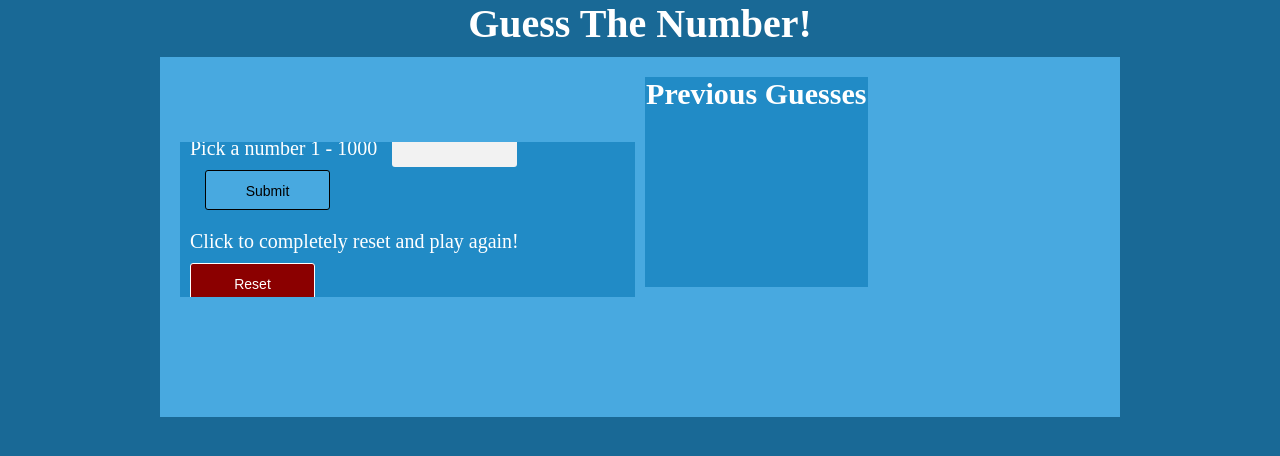
Repository: mlmEFSC21/P14-Guessing-Game
Page: guess.html
An editor plug-in stored every save of this project. The page is shown before and after the next save, followed by the edit.
The browser window is 1280 px wide. The pictures show the whole page.

Above is the page before, as saved 2022-03-19 14:21:32.

### guess.html
<!DOCTYPE html>
<html lang="en">
    <head>
        <meta charset="UTF-8" />
        <meta http-equiv="X-UA-Compatible" content="IE=edge" />
        <meta name="viewport" content="width=device-width, initial-scale=1.0" />
        <link rel="stylesheet" href="guess.css" />
        <script src="guess.js" defer></script>
        <title>Guessing Game</title>
    </head>
    <body>
        <header>
            <h1 class="pageTitle">Guess The Number!</h1>
        </header>
        <section>
            <div class="gameContainer" id="container">
                <div class="results" id="results">
                    <form action="#" class="inputForm">
                        <label for="guessInput">Pick a number 1 - 1000</label>
                        <input
                            type="text"
                            required
                            name="guessInput"
                            class="guessInput"
                            id="guessInput"
                        />
                        <button type="submit" class="submitBtn" id="submitBtn">Submit</button>
                        <label for="resetBtn">Click to completely reset and play again!</label>
                        <button type="reset" class="resetBtn" id="resetBtn" name="Reset">
                            Reset
                        </button>
                    </form>
                </div>
                <div class="guessesContainer" id="guessesContainer">
                    <h2>Previous Guesses</h2>
                    <ul class="guesses" id="guessList"></ul>
                </div>
            </div>
        </section>
    </body>
</html>

### guess.css
:root {
    --clr-primary: #218bc6;
    --clr-secondary: #48a9e0;
    --clr-tertiary: #196996;
}

*,
*::after,
*::before {
    box-sizing: border-box;
    margin: 0;
    padding: 0;
}
body {
    background-color: var(--clr-tertiary);
    color: white;
    font-size: 1.25rem;
}
.pageTitle {
    text-align: center;
}
.gameContainer {
    background-color: var(--clr-secondary);
    display: grid;
    max-width: 960px;
    height: 50vh;
    margin: 10px auto;
    padding: 20px;
    grid-template-columns: repeat(4, 1fr);
    grid-template-rows: repeat(6, 1fr);
    grid-auto-rows: minmax(200px, auto);
    gap: 10px;
    align-items: start;
    justify-content: center;
}
.results {
    background-color: var(--clr-primary);
    display: flex;
    flex-direction: column-reverse;
    margin: 10px auto;
    padding: 10px;
    grid-column: 1 / 3;
    grid-row: 2 / 5;
    height: 100%;
    justify-content: center;
    align-items: center;
    overflow: hidden;
}
.inputForm {
    display: flex;
    flex-wrap: wrap;
}
label {
    margin-right: 15px;
    margin-block: 10px;
}
input {
    border: none;
    -webkit-appearance: none;
    -ms-appearance: none;
    -moz-appearance: none;
    appearance: none;
    background: #f2f2f2;
    padding: 12px;
    border-radius: 3px;
    width: 125px;
    height: 40px;
    outline: none;
    font-size: 14px;
}
button {
    border: solid 1px; navy;
    margin-bottom: 10px;
    padding: 12px;
    border-radius: 3px;
    width: 125px;
    height: 40px;
    outline: none;
    font-size: 14px;
}
.submitBtn {
    background: var(--clr-secondary);
    margin-left: 15px;
}
.resetBtn {
    background: darkred;
    color: white;
}
.resetBtn:hover {
    background: red;
}
.guessesContainer {
    background-color: var(--clr-primary);
    display: flex;
    flex-direction: column;
    height: 100%;
    grid-row: 1 / 5;
    align-items: center;
}

### guess.js
let randomNumber = Math.floor(Math.random() * 1000 + 1);
let guesses = [];

const guessInput = document.getElementById("guessInput");
const resultsDiv = document.getElementById("results");
const submitButton = document.getElementById("submitBtn");
const resetButton = document.getElementById("resetBtn");
const p = document.createElement("p");
const ul = document.getElementById("guessList");
const li = document.createElement("li");
const guessesContainer = document.getElementById("guessesContainer");
const h3 = document.createElement("h3");

//checks to see if the guess is higher, lower, or equal to
function checkGuess() {
    const currentGuess = Number(guessInput.value);
    if (currentGuess == randomNumber) {
        guesses.push(currentGuess);
        p.innerText = "Congratulations! You guessed the number!";
        resultsDiv.append(p);
        countGuesses();
    }
    if (currentGuess < randomNumber) {
        guesses.push(currentGuess);
        p.innerText = "Too low. Try again!";
        resultsDiv.append(p);
        trackGuesses();
    }
    if (currentGuess > randomNumber) {
        guesses.push(currentGuess);
        p.innerText = "Too high. Try again!";
        resultsDiv.append(p);
        trackGuesses();
    }
}
//tracks previous guess in a <ul>. Removes <li> and populates from guesses[] each time.
function trackGuesses() {
    while (ul.hasChildNodes()) {
        ul.removeChild(ul.firstChild);
    }
    for (i = 0; i <= guesses.length - 1; i++) {
        let li = document.createElement("li");
        li.innerText = guesses[i];
        ul.appendChild(li);
    }
}

//counts how many guesses. Uses array length.
function countGuesses() {
    let numOfGuesses = guesses.length;
    h3.innerText = `It took you ${numOfGuesses} guesses!`;
    guessesContainer.append(h3);
}
// creates a new random number for replay
function newRNG() {
    randomNumber = Math.floor(Math.random() * 10 + 1);
}
//resets the game completely.
function resetGame() {
    p.innerText = "";
    resultsDiv.append(p);
    while (ul.hasChildNodes()) {
        ul.removeChild(ul.firstChild);
    }
    h3.remove();
    // guessesContainer.removeChild(h3);
    guesses = [];
    newRNG();
    console.log(randomNumber);
}

submitButton.addEventListener("click", checkGuess);
resetButton.addEventListener("click", resetGame);
//logging random number for debugging. DELETE LATER
console.log(randomNumber);
console.log(guesses);

After the next save:
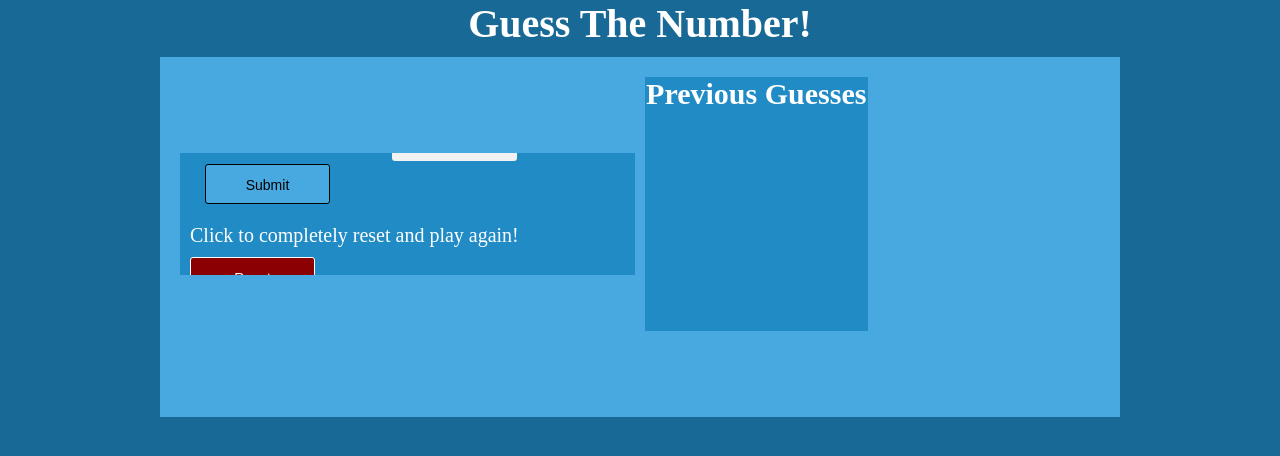
Saved 48 s later.
--- a/guess.css
+++ b/guess.css
@@ -27,7 +27,7 @@ body {
     margin: 10px auto;
     padding: 20px;
     grid-template-columns: repeat(4, 1fr);
-    grid-template-rows: repeat(6, 1fr);
+    grid-template-rows: repeat(5, 1fr);
     grid-auto-rows: minmax(200px, auto);
     gap: 10px;
     align-items: start;
@@ -39,8 +39,8 @@ body {
     flex-direction: column-reverse;
     margin: 10px auto;
     padding: 10px;
-    grid-column: 1 / 3;
-    grid-row: 2 / 5;
+    grid-column: 1/3;
+    grid-row: 2 / 4;
     height: 100%;
     justify-content: center;
     align-items: center;
